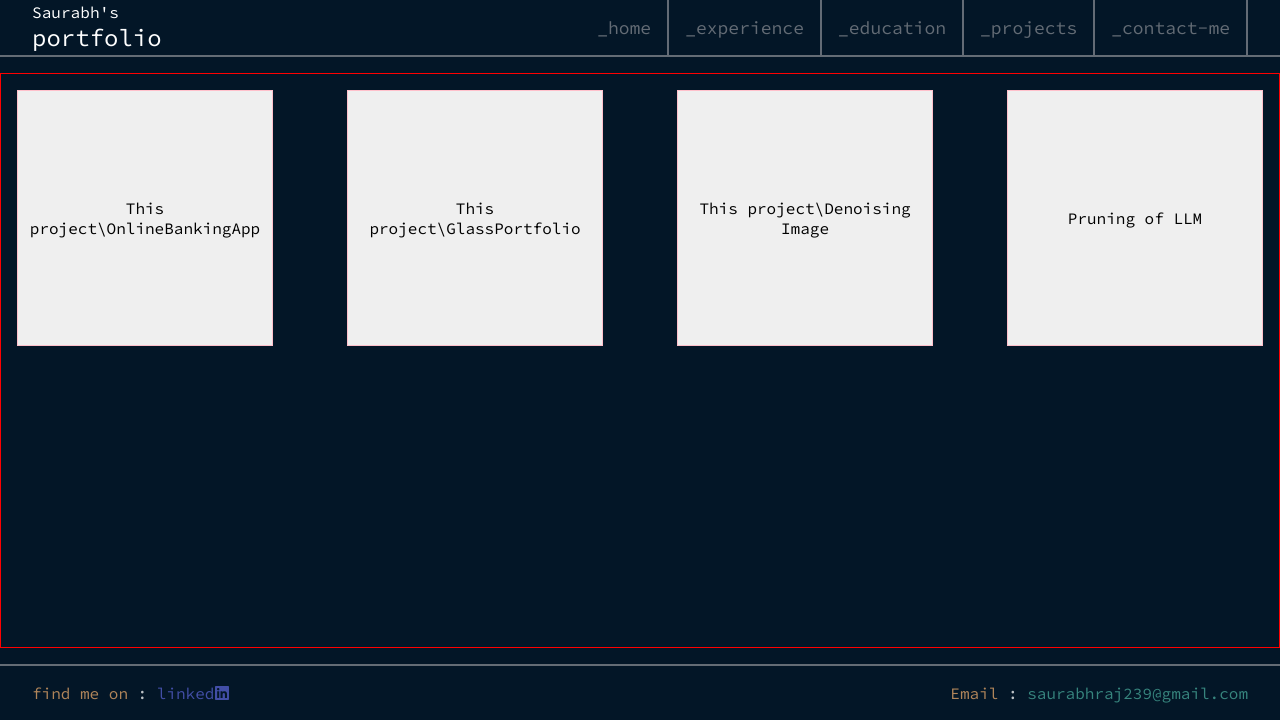
Repository: saurabhraj23/FrontendReactPortfolio
Page: /projects
The author's editor kept a copy of each file at every save. The page is drawn from the files as they stood at one save, then again after the next save.
The browser window is 1280 px wide. The pictures show the whole page.
The project was rebuilt for these pictures with package versions that can differ from the ones it lists, and the page was loaded fresh each time. Also part of the build but not shown: vite.config.js, src/components/Education.jsx, src/components/Experience.jsx, src/components/Contacts.jsx, src/styles/default-page.css, src/components/DefaultPage.jsx.

Above is the page before, as saved 2024-07-23 00:38:00.

### src/App.jsx
import React from "react";
import { BrowserRouter as Router, Route, Routes } from "react-router-dom";
import "./styles/App.css";
import Home from "./components/Home";
import Education from "./components/Education";
import Experience from "./components/Experience";
import Contacts from "./components/Contacts";
import Projects from "./components/Projects";
import Heading from "./components/Heading";
import Footer from "./components/Footer";
import DefaultPage from "./components/DefaultPage";

function App() {
  return (
    <div className="main">
      <Router>
        <Heading />
        <Routes>
          <Route path="/" element={<Home />}>
            <Route path="/" element={<DefaultPage />} />
            <Route path="/education" element={<Education />} />
            <Route path="/experience" element={<Experience />} />
            <Route path="/contacts" element={<Contacts />} />
            <Route path="/projects" element={<Projects />} />
          </Route>
        </Routes>
        <Footer />
      </Router>
    </div>
  );
}

export default App;

### src/styles/App.css
@import "./color.css";
@import "./experience.css";
@import "./education.css";
@import "./project.css";
@import "./header.css";
@import "./contact-me.css";
@import "./footer.css";
@import "./default-page.css";


*{
  margin:0;
  padding: 0;
  box-sizing: border-box;
  font-family: "Source Code Pro";
  font-weight: 400;
}

.main{
  background-color: var(--bg-color);
  color: var(--primary-white);
  height: 100vh;
  width: 100%;
  display: grid;
  grid-template-rows: 1fr 8fr 1fr;
  grid-template-columns: 4fr 3fr;
padding: 0;
}

### src/components/Home.jsx
import React from "react";
import { Outlet } from "react-router-dom";

function Home() {
  return (
    <>
      <Outlet />
    </>
  );
}

export default Home;

### src/components/Projects.jsx
import React from "react";
import "../styles/App.css";
import { Link } from "react-router-dom";

function Projects() {
  return (
    <>
      <div className="projects-left-side"></div>
      <div className="projects-right-side">
        <Link to={"https://github.com/saurabhraj23/OnlineBankingAppKPMG"}>
          <button className="project-item">
            <span> This project\</span>
            <span>OnlineBankingApp</span>
          </button>
        </Link>
        <Link to={"https://github.com/saurabhraj23/Glass-Portfolio"}>
          <button className="project-item">
            <span> This project\</span>
            <span>GlassPortfolio</span>
          </button>
        </Link>
        <Link to={"https://github.com/saurabhraj23/Denoising-Image"}>
          <button className="project-item">
            <span> This project\</span>
            <span>Denoising Image</span>
          </button>
        </Link>
        <Link to={"https://github.com/saurabhraj23/Pruning"}>
          <button className="project-item">Pruning of LLM</button>
        </Link>
      </div>
    </>
  );
}

export default Projects;

### src/components/Heading.jsx
import React from "react";
import Navbar from "./Navbar";
function Heading() {
  return (
    <header className={"heading"}>
      <h2>
        <h6>Saurabh's</h6>
        portfolio
      </h2>
      <Navbar />
    </header>
  );
}

export default Heading;

### src/components/Footer.jsx
import React from "react";
import { Link } from "react-router-dom";
import { FaLinkedin } from "react-icons/fa";

function Footer() {
  return (
    <footer className="footer">
      <div>
        <span>find me on</span> <span>&nbsp;:</span>
        <Link to={"https://www.linkedin.com/in/saurabhraj239/"}>
          <span>
            &nbsp;linked
            <FaLinkedin />
          </span>
        </Link>
      </div>
      <div>
        <span>Email</span> <span> :</span>
        <span> saurabhraj239@gmail.com</span>
      </div>
    </footer>
  );
}

export default Footer;

### src/styles/color.css
@import url('https://fonts.googleapis.com/css2?family=Source+Code+Pro:ital,wght@0,200..900;1,200..900&display=swap');

:root {
--bg-color:#031627;
--primary-white:#fff;
--primary-dark:#d3d0d076;
--secondary-blue:#424ea6;
--tertiary-green:#37857e;
--tertiary-green-dark:#77E4C8;
--tertiary-brown-light:#D4BDAC;
--tertiary-orange:#b0855a;

}

### src/styles/experience.css
@import "./color.css";

.experience-left-side{
  display: none;
}
.experience-right-side{
  margin: 2rem;
  grid-column: 1/3;

}
.experience-right-side > div:first-child{
  display: flex;
  justify-content: space-between;
}
.experience-right-side>div:first-child>span:nth-child(2) span{
display: inline-block;
}
.experience-right-side>div:first-child>span:nth-child(2)>span:nth-child(2){
  animation: present 2s infinite alternate ease-in-out;

}

@keyframes present {
  from{

    opacity: 0;
  }
  to{

    opacity: 1;
  }
}

.experience-right-side>div:first-child>span:first-child{
  font-size: 1.4rem;
  color: var(--secondary-blue);
  font-weight: 600;
  margin-bottom: 3rem;
  text-decoration: underline;
}

.experience-right-side span{
  display: block;
}

.internship-details{
  display: flex;
  flex-direction: column;
}
.internship-details>span:first-child{
  font-size: 1.2rem;
  color: var(--tertiary-green);
  font-weight: 600;
  letter-spacing: 0.2rem;
  margin-bottom:1rem ;


}
.internship-details>span:nth-child(2){
  /* letter-spacing: 0.1rem; */
  color: var(--tertiary-brown-light);

}

.internship-details>span:nth-child(2)>span:first-child{
  font-size: 1.1rem;
  font-weight: 500;
  color: var(--tertiary-orange);

}


.internship-details>span:first-child span{
  display: inline-block;

}

.internship-details>span:nth-child(2)>span:first-child{
  letter-spacing: 0.2rem;
}

.internship-details>span:first-child>span:first-child{
  animation: arrowMove 1.6s infinite alternate ease-in-out;
  }

.fte-details{
  display: flex;
  flex-direction: column;
  margin-top: 2rem;

}
.fte-details>span:first-child{
  font-size: 1.2rem;
  color: var(--tertiary-green);
  font-weight: 600;
  letter-spacing: 0.2rem;
  margin-bottom: 1rem;

}

.fte-details>span:nth-child(2){
  color: var(--tertiary-brown-light);
}

.fte-details>span:nth-child(2)>span:nth-child(1)>span:first-child{
  color: var(--tertiary-orange);
  font-size: 1.1rem;
  font-weight: 500;
  }

.fte-details>span:nth-child(2)>span:nth-child(2)>span:first-child{
  letter-spacing: 0.2rem;
}
.fte-details>span:nth-child(2)>span:nth-child(1)>span:first-child{
  letter-spacing: 0.2rem;
}

.fte-details>span:nth-child(2)>span:nth-child(2){
  margin-top: 1rem;
}
.fte-details>span:nth-child(2)>span:nth-child(2)>span:first-child{
font-size: 1.1rem;
font-weight: 500;
color: var(--tertiary-orange);
}

.fte-details>span:first-child span{
  display: inline-block;
}

.fte-details>span:first-child>span:first-child{
animation: arrowMove 1.6s infinite alternate ease-in-out;
}

@keyframes arrowMove {
  from{
    transform: translateX(-0.6rem);
  }
  to{
    transform: translateX(0);
  }
}

.current-working  span{
  display: inline-block;
  animation: colorChange 2s infinite alternate ease-in-out ;

}

@keyframes colorChange {
  from{
color: var(--tertiary-brown-light);
  }

  to{
    color: var(--primary-white);

  }
}
.current-working{
  display: flex;
  flex-direction: row;
}

### src/styles/education.css
 @import "./color.css";

.education-left-side{
  display: none;
}
.education-right-side{
  margin: 2rem ;
  grid-column: 1/3;

}

.education-right-side{
  display: flex;
  flex-direction: column;
}

.degrees{
  display: flex;
  justify-content: space-between;
  margin-bottom: 2rem;
}

.degrees>span:first-child>h2{
  color: var(--tertiary-orange);
}
.degrees>span:first-child>h4{
  color: var(--tertiary-green);
}
.degrees>span:first-child>h5{
  color: var(--tertiary-brown-light);
  font-weight: 600;
}

.degrees>span:first-child>h3{
  display: flex;
  flex-direction: row;
}

.degrees>span:first-child>h3>span:nth-child(2){
  color: var(--tertiary-green-dark);
  animation: passed 2s infinite alternate ease-in-out;
}

@keyframes passed {
  from{
opacity: 0;
  }
  to{
opacity: 1;
  }
}
.degrees span:first-child {
  display: flex;
  flex-direction: column;
  gap: 0.6rem;
}
.degree-year{
  color: var(--tertiary-orange);
}

### src/styles/project.css
.projects-left-side{
  border: 1px solid red;
  display: none;
}
.projects-right-side{
  border: 1px solid red;
  grid-column: 1/3;
  display: flex;
  justify-content: space-between;
  padding:1rem ;
}

.project-item{
  border: 1px solid pink;
width: 20vw;
height: 20vw;
box-sizing: border-box;
font-size: 1rem;
}

.project-item:hover{
cursor: pointer;
box-shadow: 0.2rem 0.2rem 2rem 0 var(--secondary-blue);
display: flex;
justify-content: center;
align-items: end;
font-size: 1.4rem;
transition: all 2s;
}

### src/styles/header.css
.heading{
  grid-column: 1/3;
  display: flex;
  justify-content: space-between;
  align-items: center;
  border-bottom: 0.16rem solid var(--primary-dark);
  padding:0 2rem;
  margin-bottom: 1rem;
  }

  nav button{
    padding: 1rem;
    background-color: transparent;
    cursor: pointer;
    font-size: large;
    color: var(--primary-dark);
    border: none;
    border-right: 0.16rem solid var(--primary-dark);
  }

  nav button:hover{
    color: var(--primary-white);
    box-shadow: inset 0 -0.16rem 0 0 var(--tertiary-green);

  }

  .active{
    /* box-shadow: inset 0 -0.16rem 0 0 var(--tertiary-green); */
    color: var(--tertiary-green);
  }

### src/styles/contact-me.css
@import "../styles/color.css";

.contact-me-left-side{
  display: none;
}

.contact-me-right-side{
  grid-column: 1/3;
  display: grid;
  grid-template-columns: 2fr 1.1fr;
padding:  0 2rem;
}

.contact-me-left{
  /* border: 1px solid green; */
  padding: 1rem 2rem;
display: flex;
flex-direction: column;
gap: 0.7rem;

}

.contact-me-right{
  background-color: var(--primary-white);
  border-radius: 3%;
  padding: 1rem 2rem;
  color: var(--tertiary-green);
}

.image{
display: flex;
flex-direction: column;
align-items: center;
justify-content: center;
position: relative;
}

.image>img{
  width: 40%;
  object-fit: contain;
  border-radius: 50%;
  position: relative;
  z-index: 10;
}

.contact-me-left>span:first-child {
  font-size: 2.2rem;
  letter-spacing: 0.4rem;
  font-weight: 500;
}
.contact-me-left>span:first-child span{
  font-size: 2rem;
  letter-spacing: 0.4rem;
  color: var(--tertiary-green-dark);
  font-weight: 500;

}

.contact-me-left span{
  font-size: 1rem;
}
.contact-me-left a{
  text-decoration: none;
}
.contact-me-left a:visited{
color: var(--primary-white);
}

.circle{
  /* border: 1px solid red; */
  width: 44%;
  padding-top: 44%;
  border-radius: 50%;
  position: absolute;
  background-color: var(--tertiary-green);
  /* transform: translateX(-4rem); */
  z-index: 8;
  animation: round 4s infinite alternate ease-in-out;
}

@keyframes round {
  from{
background-color: val(--bg-color);
transform: scale(0);
  }
  50%{
    background-color: val(--secondary-blue);
    transform: scale(0.9);
  }
  to{
    background-color: val(--tertiary-green);
    transform: scale(1);
  }
}

.contact-details>span:first-child{
color: var(--tertiary-green-dark);
}

form{
display: flex;
flex-direction: column;
font-size: larger;
letter-spacing: 0.1rem;


}
.contact-me-form-heading{
text-align: center;
font-size: 2rem;
  width: 100%;

padding: 0.6rem;
border-radius: 0.4rem;
letter-spacing: 0.2rem;
box-shadow: 0 0.12rem 0 0.2rem var(--tertiary-green);

}


.contact-me-form-heading>span{

}

.fields{
  display: flex;
  flex-direction: column;
  margin-top: 1.8rem;

}

.fields>input{
  height: 2rem;
  border: none;
  outline: none;
  border-bottom: 0.16rem solid var(--primary-dark);
  font-size: 1rem;
  box-sizing:border-box;
  padding: 0.6rem;
  letter-spacing: 0.1rem;


}

.fields>input:focus{
border-bottom: 0.2rem solid var(--tertiary-green);

}

form div:nth-of-type(5)>textarea{
/* height: 8rem; */
outline: 0.12rem solid var(--primary-dark);
border-radius: 0.4rem;
padding-left: 1rem;
margin-top: 1rem;
padding: 0;
border: none;
border-bottom: 0.16rem solid var(--primary-dark);
font-size: 1rem;
resize: none;
box-sizing: border-box;
padding:0.6rem ;
}

.fields>textarea:focus{
  /* border-bottom: 0.2rem solid var(--tertiary-green); */
  box-shadow: 0 0.2rem 0 0 var(--tertiary-green)

  }

form> button{
font-size: large;
padding: 0.6rem 0.6rem;
border-radius: 2rem;
border: none;
cursor: pointer;
color: var(--primary-white);
background-color: var(--tertiary-green);
margin-top: 1rem;
}

.radio{
  display: flex;
  flex-direction: row;
  justify-content: space-evenly;
padding-top: 2rem;
}

.radio>span>label{
margin-left: 1rem;
/* font-size: larger; */
}

.radio>span>input{
  scale: 1.2;
  }

### src/styles/footer.css
.footer{
  grid-column: 1/3;
  display: flex;
  flex-direction: row;
  justify-content: space-between;
  align-items: center;
  padding: 0 2rem;
  border-top: 0.16rem solid var(--primary-dark);
margin-top: 1rem;
}

.footer > div:first-child{
  display: flex;
  align-items: center;
  justify-content: center;
}

.footer > div:first-child > span:first-child{
  color: var(--tertiary-orange);
}
.footer > div:first-child > a>span{
  color: var(--secondary-blue);
  display: flex;
  align-items: center;
  justify-content: center;
}

.footer > div:nth-of-type(2) > span:nth-of-type(1){
  color: var(--tertiary-orange);
}
.footer > div:nth-of-type(2) > span:nth-of-type(3){
  color: var(--tertiary-green);
}

.footer>div:first-child >a{
text-decoration: none;
color: var(--secondary-blue);
}

.footer>div:first-child span:nth-child(2){
  animation: blink 2s infinite alternate linear;
}
.footer>div:last-child span:nth-child(2){
  animation: blink 2s infinite alternate linear;
  color: white;
}

@keyframes blink {
  from{
    opacity: 0;
  }
  to{
    opacity: 1;
  }
}

### src/components/Navbar.jsx
import React, { useRef, useState } from "react";
import { Link } from "react-router-dom";

function Navbar() {
  const navBar = [
    { path: "/", label: "_home" },
    { path: "/experience", label: "_experience" },
    { path: "/education", label: "_education" },
    { path: "/projects", label: "_projects" },
    { path: "/contacts", label: "_contact-me" },
  ];

  const [activeIndex, setActiveIndex] = useState(false);

  return (
    <nav>
      {navBar.map((element, idx) => (
        <Link key={idx} to={element.path}>
          <button
            className={activeIndex === idx ? "active" : ""}
            onClick={() => {
              setActiveIndex(idx);
            }}
          >
            {element.label}
          </button>
        </Link>
      ))}
    </nav>
  );
}

export default Navbar;

Loaded but not shown: index.html (common file); src/main.jsx (common file); src/index.css (no stored copy; drawn as an empty file)

After the next save:
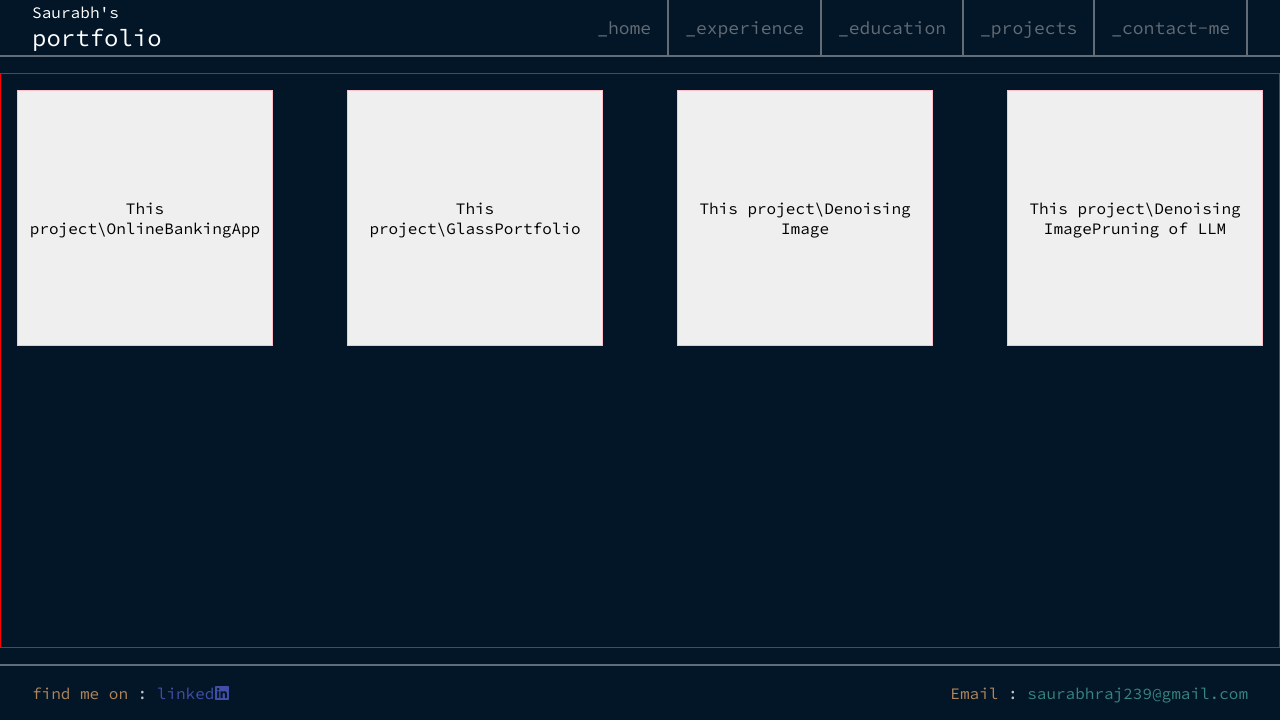
Saved 12 s later.
--- a/src/components/Projects.jsx
+++ b/src/components/Projects.jsx
@@ -26,7 +26,11 @@ function Projects() {
           </button>
         </Link>
         <Link to={"https://github.com/saurabhraj23/Pruning"}>
-          <button className="project-item">Pruning of LLM</button>
+          <button className="project-item">
+            <span> This project\</span>
+            <span>Denoising Image</span>
+            Pruning of LLM
+          </button>
         </Link>
       </div>
     </>
